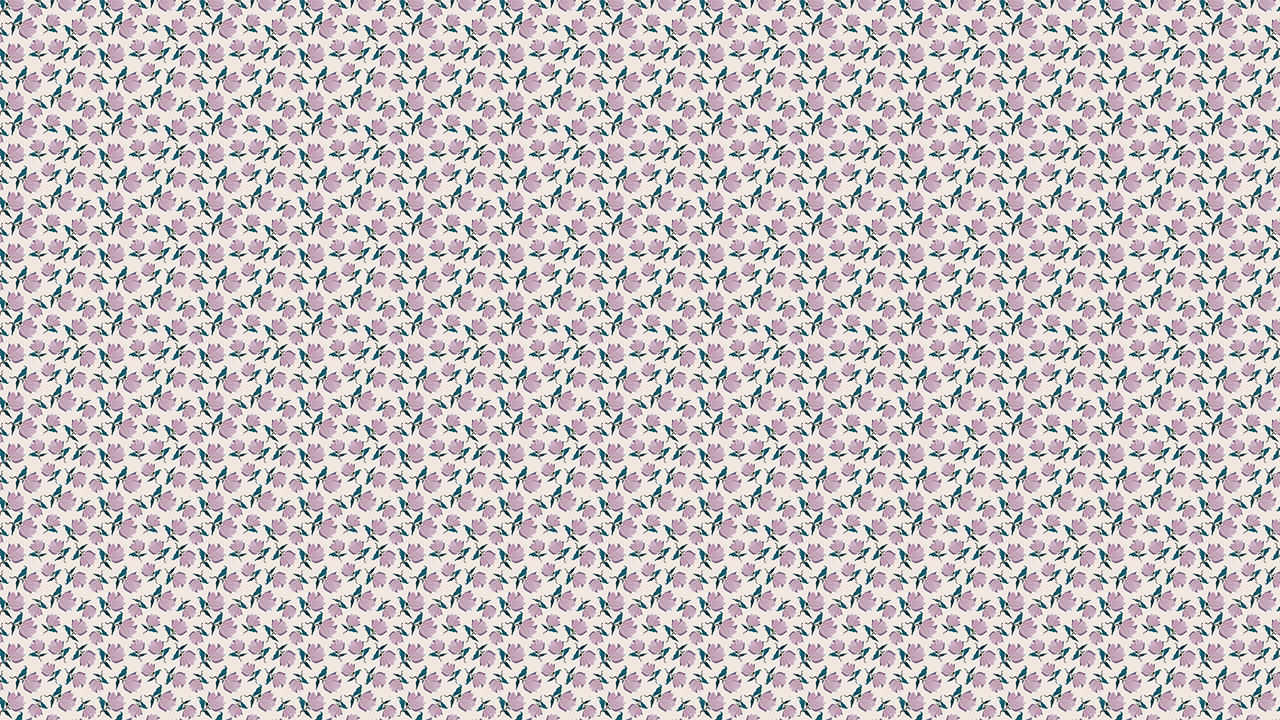
Repository: ErikMesquita/html
Page: exercícios/ex023/fundo02.html
An editor plug-in stored every save of this project. The page is shown before and after a run of saves, followed by the edit.
The browser window is 1280 px wide. The pictures show the whole page.

Above is the page before, as saved 2023-09-06 09:16:46.

After the next 2 saves:
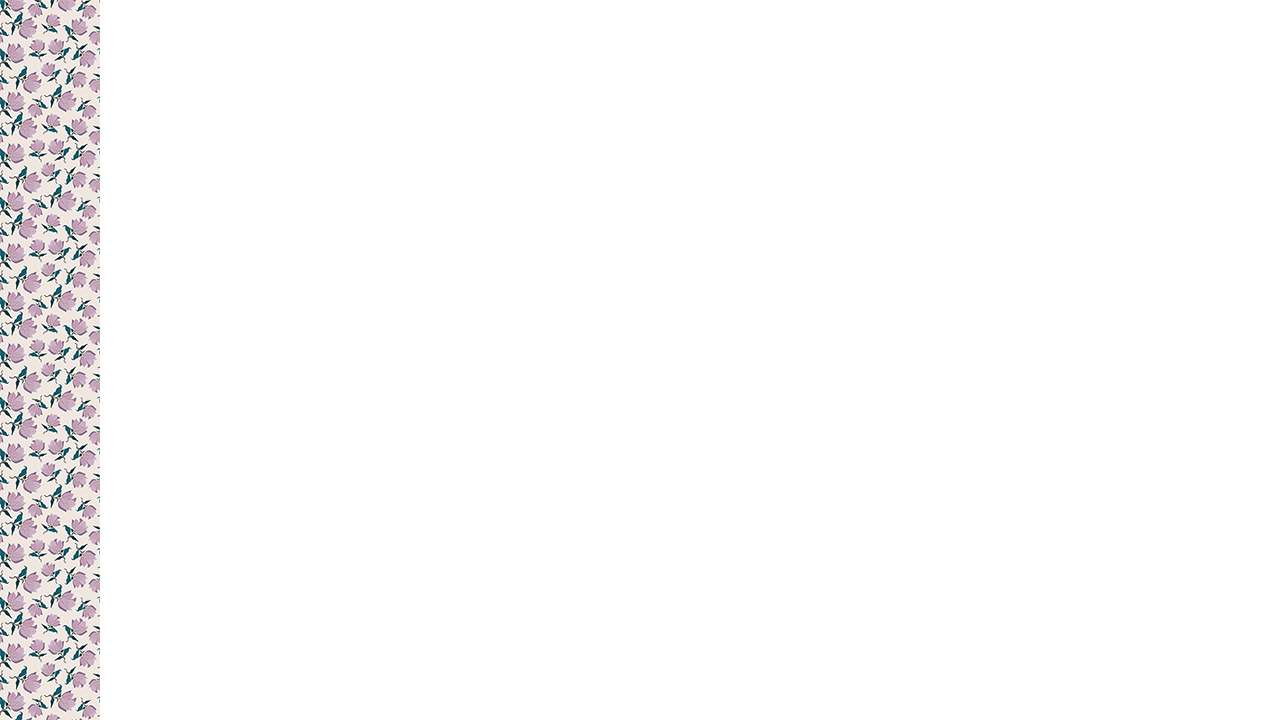
The 2 saves are shown as one change because they came seconds apart.
The last was saved 10 s later.
--- a/exercícios/ex023/fundo02.html
+++ b/exercícios/ex023/fundo02.html
@@ -7,7 +7,7 @@
     <style>
         body {
             background-image: url("imagens/pattern003.png");
-            background-repeat: ;
+            background-repeat: repeat-y;
         }
     </style>
 </head>
